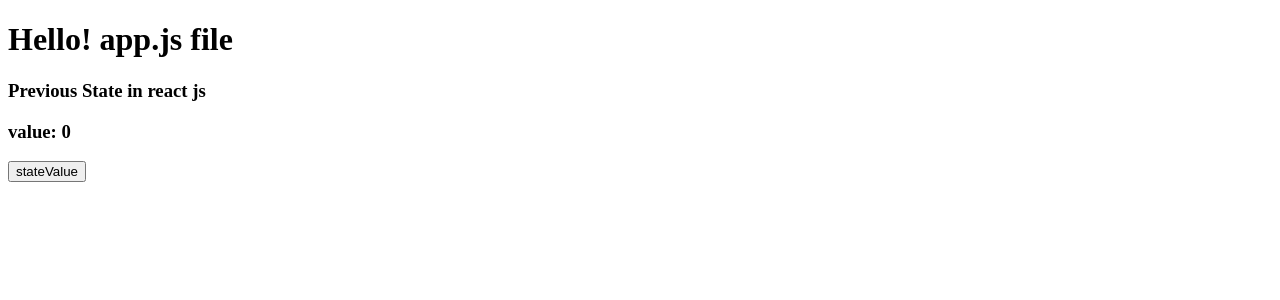
Repository: Gulzarokz/React_Course_Review
Page: / (app in vite-Project/)
These files come from the project's save history. The page is drawn as it stood at one moment and after the next save; the edit follows.
The browser window is 1280 px wide. The pictures show the whole page.
The project was rebuilt for these pictures with package versions that can differ from the ones it lists, and the page was loaded fresh each time. Also part of the build but not shown: vite-Project/vite.config.js.

Above is the page before, as saved 2026-04-29 11:30:43.

### vite-Project/index.html
<!doctype html>
<html lang="en">

<head>
  <meta charset="UTF-8" />
  <link rel="icon" type="image/svg+xml" href="/favicon.svg" />
  <meta name="viewport" content="width=device-width, initial-scale=1.0" />
  <title>React js Review</title>
</head>

<body>
  <div id="root"></div>
  <script type="module" src="/src/main.jsx"></script>
</body>

</html>

### vite-Project/src/App.jsx
import { useState } from 'react';
import PreviousState from './PreviousState';







function App() {
  // const [count, setCount] = useState(0)

  // function getData() {
  //   alert('Hello How are you!')
  // }
  return (
    <>
      <h1>Hello! app.js file</h1>
      <PreviousState />












    </>
  )
}
export default App

### vite-Project/src/PreviousState.jsx
import React, { useState } from 'react'

const PreviousState = () => {
    const [state, setState] = useState(0)
    const updateState = (prev) => {
        // console.log(prev);
        // return state + 1

        for (let i = 0; i < 5; i++) {
            setState((prev) => {
                return prev + 1
            }

            )
        }

    }
    return (
        <>
            <h3>Previous State in react js</h3>
            <h3>value: {state}</h3>
            <button onClick={() => setState(updateState)}>stateValue</button>
        </>
    )
}

export default PreviousState

### vite-Project/src/PrevParentComp.jsx
import React from 'react'
import PrecChildComp from './PrecChildComp'

const PrevParentComp = () => {
    return (
        <>
            <h2>Previous Parent Component in React js</h2>
            <PrecChildComp />
        </>
    )
}

export default PrevParentComp

### vite-Project/src/PrecChildComp.jsx
import React from 'react'

const PrecChildComp = () => {
    return (
        <>
            <h2>Prevous child Components</h2>
        </>
    )
}

export default PrecChildComp

Loaded but not shown: vite-Project/src/main.jsx (common file)

After the next save:
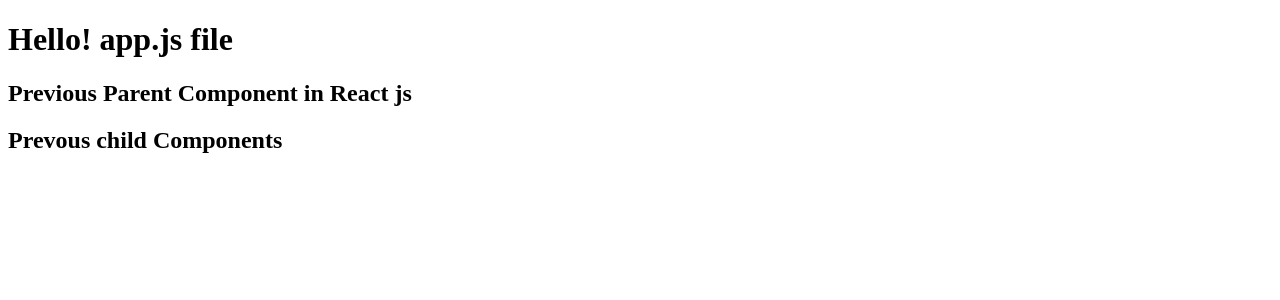
Saved 30 s later.
--- a/vite-Project/src/App.jsx
+++ b/vite-Project/src/App.jsx
@@ -1,5 +1,6 @@
 import { useState } from 'react';
-import PreviousState from './PreviousState';
+import PrevParentComp from './PrevParentComp';
+
 
 
 
@@ -16,7 +17,8 @@ function App() {
   return (
     <>
       <h1>Hello! app.js file</h1>
-      <PreviousState />
+      <PrevParentComp />
+
 
 
 
